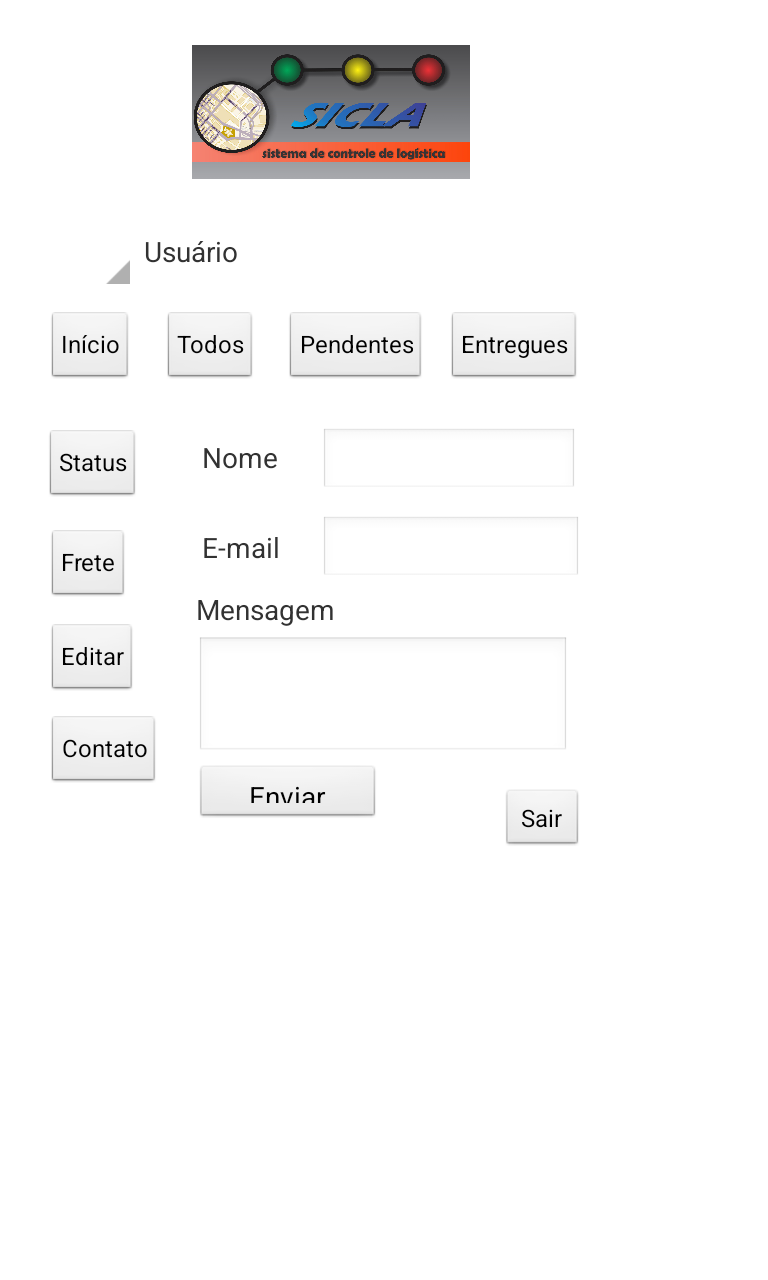
Repository: danielpedroza/SICLA
Layout: Sicla/res/layout/contatocliente.xml
The author's editor kept a copy of each file at every save. The layout is drawn from the files as they stood at one save, then again after the next save.
It is drawn on a 768 x 1280 px phone screen (xhdpi) without system bars, with theme AppTheme; the app's code is not run.

Above is the layout before, as saved 2013-07-06 09:52:21.

### Sicla/res/layout/contatocliente.xml
<ScrollView xmlns:android="http://schemas.android.com/apk/res/android"
    xmlns:tools="http://schemas.android.com/tools"

     android:layout_width="match_parent"
     android:layout_height="match_parent"

    >

<RelativeLayout
    android:layout_width="match_parent"
    android:layout_height="match_parent"
    android:paddingBottom="@dimen/activity_vertical_margin"
    android:paddingLeft="@dimen/activity_horizontal_margin"
    android:paddingRight="@dimen/activity_horizontal_margin"
    android:paddingTop="@dimen/activity_vertical_margin"
    tools:context=".ContatoCliente" >

    <AbsoluteLayout
        android:layout_width="match_parent"
        android:layout_height="match_parent"
        android:layout_alignParentBottom="true"
        android:layout_centerHorizontal="true" >

        <ImageView
            android:id="@+id/imageView1"
            android:layout_width="139dp"
            android:layout_height="120dp"
            android:layout_x="80dp"
            android:layout_y="-20dp"
            android:src="@drawable/sicla" />

        <QuickContactBadge
            android:id="@+id/quickContactBadge1"
            android:layout_width="39dp"
            android:layout_height="39dp"
            android:layout_x="10dp"
            android:layout_y="87dp" />

        <TextView
            android:id="@+id/textView1"
            android:layout_width="wrap_content"
            android:layout_height="wrap_content"
            android:layout_x="56dp"
            android:layout_y="100dp"
            android:text="Usuário"
            android:textSize="14dp" />

        <Button
            android:id="@+id/button1"
            style="?android:attr/buttonStyleSmall"
            android:layout_width="wrap_content"
            android:layout_height="wrap_content"
            android:layout_x="8dp"
            android:layout_y="140dp"
            android:text="Início"
            android:textSize="12dp" />

        <Button
            android:id="@+id/Button01"
            style="?android:attr/buttonStyleSmall"
            android:layout_width="wrap_content"
            android:layout_height="wrap_content"
            android:layout_x="66dp"
            android:layout_y="140dp"
            android:text="Todos"
            android:textSize="12dp" />

        <Button
            android:id="@+id/Button03"
            style="?android:attr/buttonStyleSmall"
            android:layout_width="wrap_content"
            android:layout_height="wrap_content"
            android:layout_x="208dp"
            android:layout_y="140dp"
            android:text="Entregues"
            android:textSize="12dp" />

        <Button
            android:id="@+id/Button02"
            style="?android:attr/buttonStyleSmall"
            android:layout_width="wrap_content"
            android:layout_height="wrap_content"
            android:layout_x="127dp"
            android:layout_y="140dp"
            android:text="Pendentes"
            android:textSize="12dp" />

        <Button
            android:id="@+id/Button04"
            style="?android:attr/buttonStyleSmall"
            android:layout_width="wrap_content"
            android:layout_height="wrap_content"
            android:layout_x="7dp"
            android:layout_y="199dp"
            android:text="Status"
            android:textSize="12dp"
            android:onClick="iniciocliente" />

        <Button
            android:id="@+id/Button05"
            style="?android:attr/buttonStyleSmall"
            android:layout_width="wrap_content"
            android:layout_height="wrap_content"
            android:layout_x="8dp"
            android:layout_y="249dp"
            android:onClick="fretecliente"
            android:text="Frete"
            android:textSize="12dp" />

        <Button
            android:id="@+id/Button06"
            style="?android:attr/buttonStyleSmall"
            android:layout_width="wrap_content"
            android:layout_height="wrap_content"
            android:layout_x="8dp"
            android:layout_y="296dp"
            android:text="Editar"
            android:textSize="12dp" />

        <Button
            android:id="@+id/Button07"
            style="?android:attr/buttonStyleSmall"
            android:layout_width="wrap_content"
            android:layout_height="wrap_content"
            android:layout_x="8dp"
            android:layout_y="342dp"
            android:text="Contato"
            android:textSize="12dp" />

        <Button
            android:id="@+id/button2"
            android:layout_width="wrap_content"
            android:layout_height="33dp"
            android:layout_x="234dp"
            android:layout_y="378dp"
            android:text="Sair"
            android:textSize="12dp"
            android:onClick="logincliente"/>

        <EditText
            android:id="@+id/editText1"
            android:layout_width="131dp"
            android:layout_height="33dp"
            android:layout_x="144dp"
            android:layout_y="242dp"
            android:ems="10"
            android:inputType="textEmailAddress" />

        <EditText
            android:id="@+id/editText2"
            android:layout_width="129dp"
            android:layout_height="33dp"
            android:layout_x="144dp"
            android:layout_y="198dp"
            android:ems="10" />

        <EditText
            android:id="@+id/editText3"
            android:layout_width="187dp"
            android:layout_height="62dp"
            android:layout_x="82dp"
            android:layout_y="302dp"
            android:ems="10"
            android:inputType="textMultiLine" />

        <TextView
            android:id="@+id/TextView01"
            android:layout_width="wrap_content"
            android:layout_height="wrap_content"
            android:layout_x="85dp"
            android:layout_y="248dp"
            android:text="E-mail" />

        <TextView
            android:id="@+id/TextView02"
            android:layout_width="wrap_content"
            android:layout_height="wrap_content"
            android:layout_x="82dp"
            android:layout_y="279dp"
            android:text="Mensagem" />

        <TextView
            android:id="@+id/textView2"
            android:layout_width="wrap_content"
            android:layout_height="wrap_content"
            android:layout_x="85dp"
            android:layout_y="203dp"
            android:text="Nome" />

        <Button
            android:id="@+id/button3"
            android:layout_width="94dp"
            android:layout_height="31dp"
            android:layout_x="81dp"
            android:layout_y="366dp"
            android:text="Enviar" />

    </AbsoluteLayout>

</RelativeLayout>
</ScrollView>

Loaded but not shown: Sicla/res/values/styles.xml (common file); Sicla/res/values/dimens.xml (common file)

After the next save:
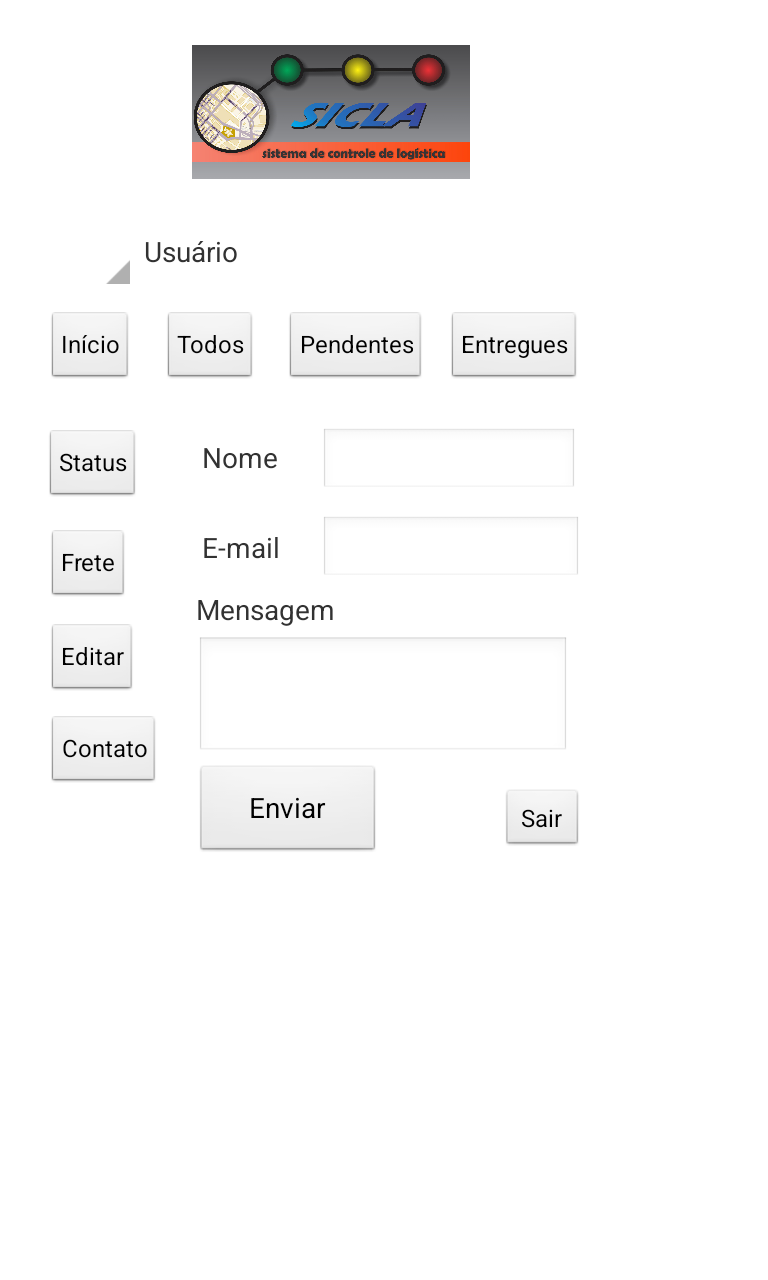
Saved 92 s later.
--- a/Sicla/res/layout/contatocliente.xml
+++ b/Sicla/res/layout/contatocliente.xml
@@ -190,7 +190,7 @@
         <Button
             android:id="@+id/button3"
             android:layout_width="94dp"
-            android:layout_height="31dp"
+            android:layout_height="wrap_content"
             android:layout_x="81dp"
             android:layout_y="366dp"
             android:text="Enviar" />
